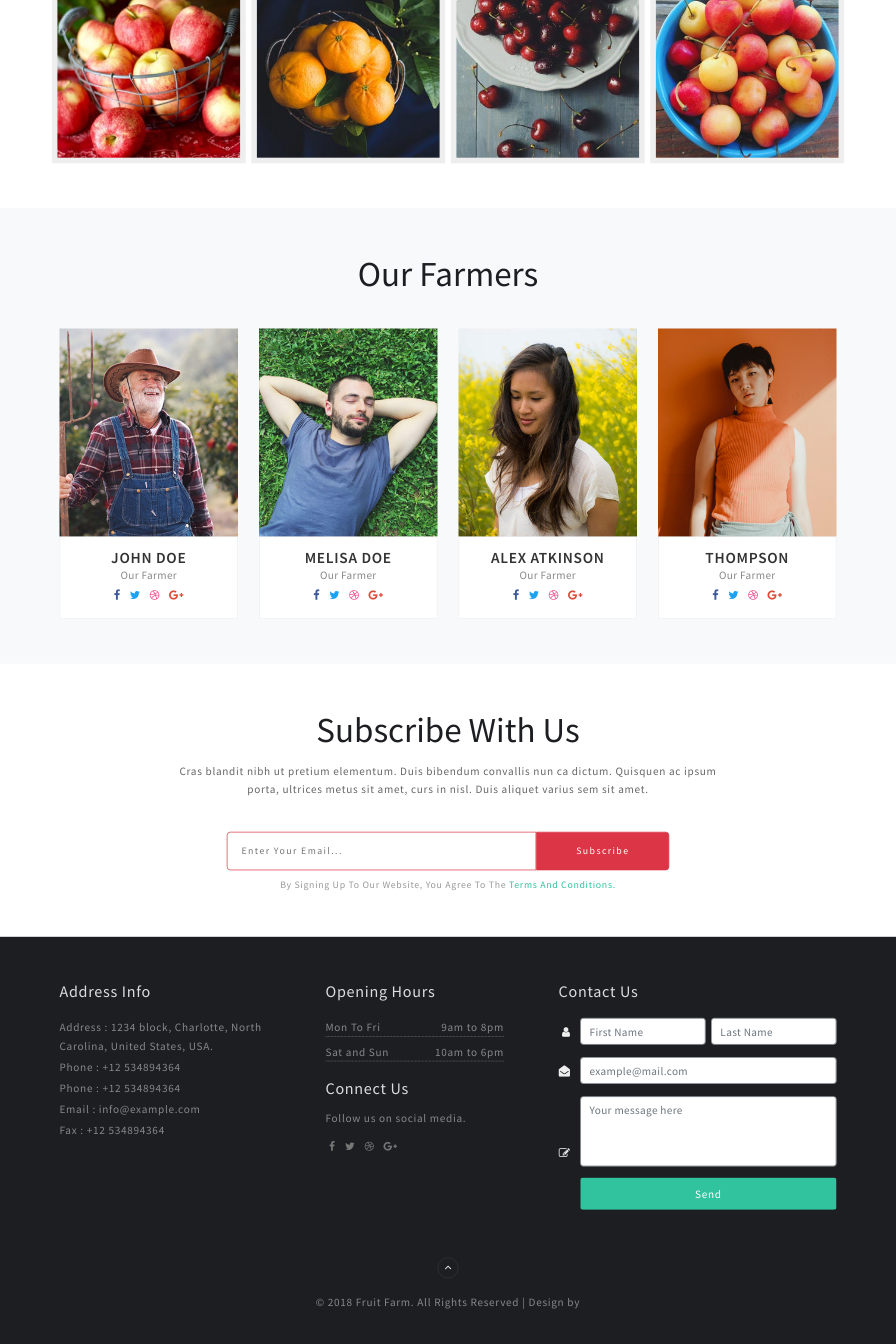
Repository: httpamit/SP-Food
Page: index.html
These files come from the project's save history. The page is drawn as it stood at one moment and after the next save; the edit follows.
The browser window is 1280 px wide. The pictures show the part of the page from y = 3416 to 5336 px (the page is 5336 px tall before and 4946 px after), at 70% of full size.
Backgrounds fixed to the window are drawn as part of the page.

Above is the page before, as saved 2019-02-07 22:51:51.

After the next save:
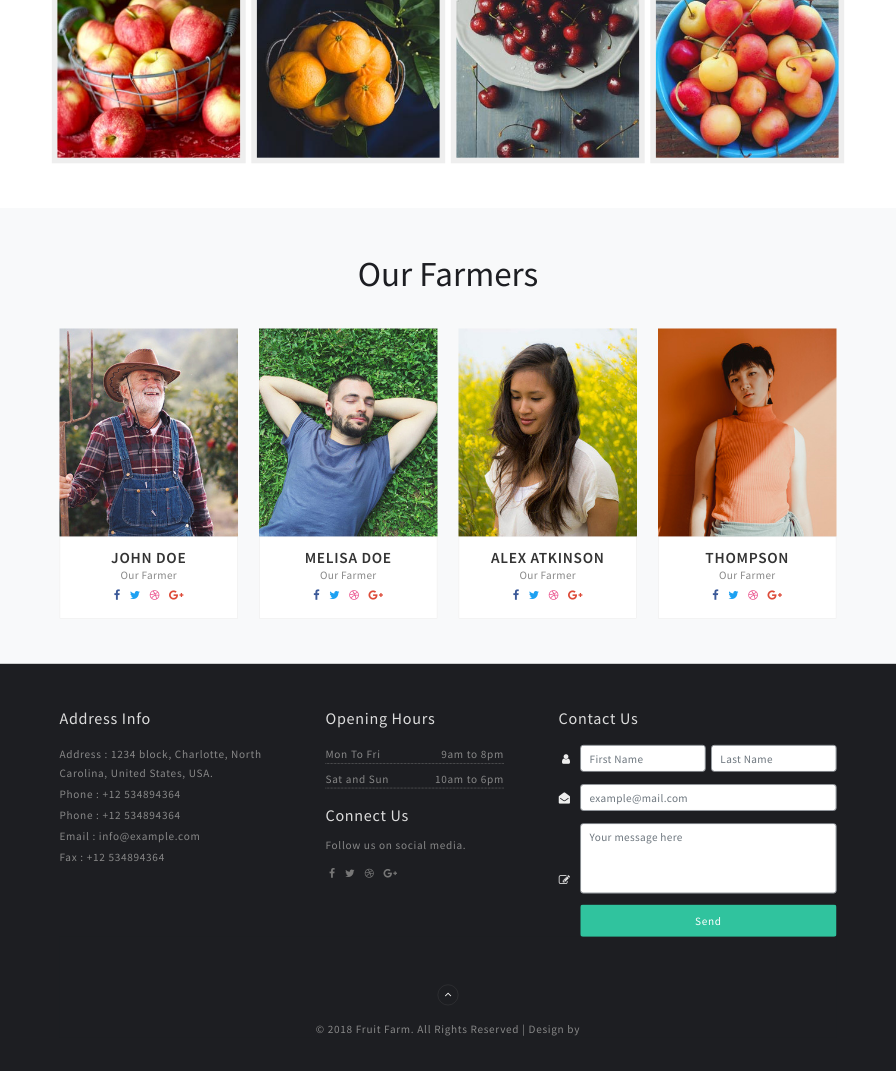
Saved 109 s later.
--- a/index.html
+++ b/index.html
@@ -454,24 +454,6 @@
 </section>
 <!-- //team -->
 
-<!-- subscribe -->
-<section class="quotes py-5 text-center">
-	<div class="container py-md-3">
-		<div class="quotes-info agile-info-quotes">
-			<h3 class="heading text-center mb-3">Subscribe with us</h3>
-			<p class="mb-5">Cras blandit nibh ut pretium elementum. Duis bibendum convallis nun ca dictum. Quisquen ac ipsum porta, ultrices metus sit amet,
-			curs in nisl. Duis aliquet varius sem sit amet.</p>
-			<form action="#" method="post" class="">
-				<input type="email" name="Email" placeholder="Enter your email..." required="">
-				<input type="submit" value="Subscribe">
-				<div class="clearfix"> </div>
-				<span>By signing up to our website, you agree to the <a href="#">terms and conditions.</a></span>
-			</form>
-		</div>
-	</div>
-</section>
-<!-- //subscribe -->
-
 <!-- footer -->
 <footer class="py-5" id="contact">
 	<div class="container pt-md-3">
